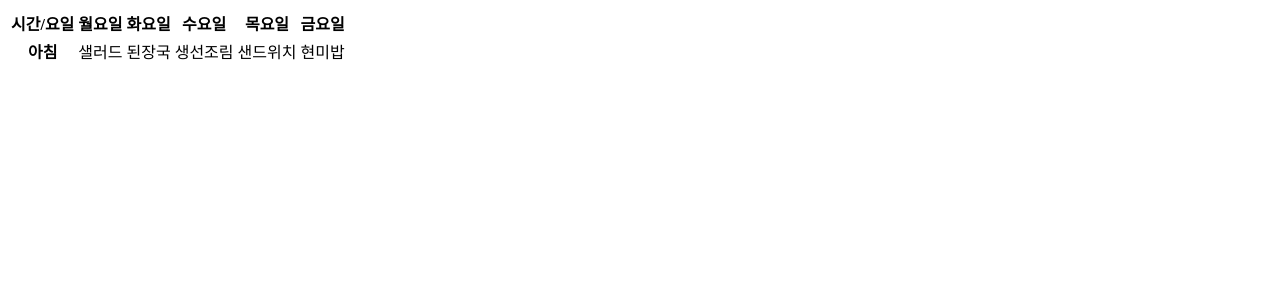
Repository: hana825/Web
Page: web/WebContent/test.html
The author's editor kept a copy of each file at every save. The page is drawn from the files as they stood at one save, then again after the next save.
The browser window is 1280 px wide. The pictures show the whole page.

Above is the page before, as saved 2022-03-17 08:29:10.

After the next save:
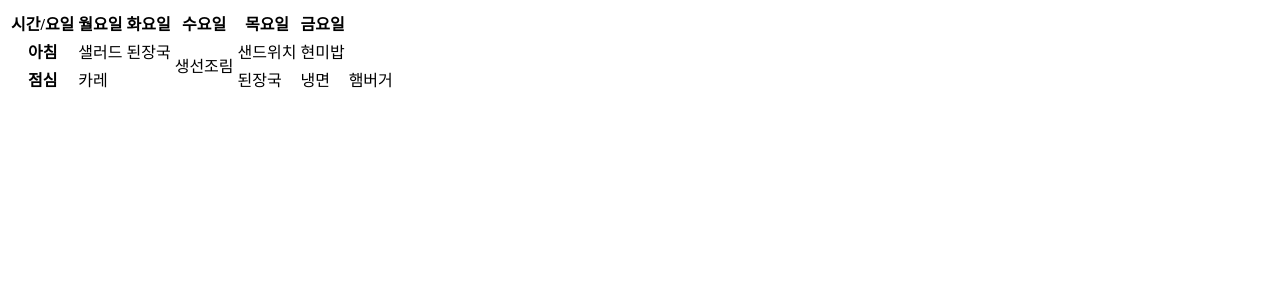
Saved 83 s later.
--- a/web/WebContent/test.html
+++ b/web/WebContent/test.html
@@ -21,6 +21,14 @@
 		<td>샌드위치</td>
 		<td>현미밥</td>
 	</tr>
+		</tr>
+		<tr><th>점심</th>
+		<td colspan='2'>카레</td>
+		<td>된장국</td>
+		<td>냉면</td>
+		<td>햄버거</td>
+
+	</tr>
 </table>
 
 
